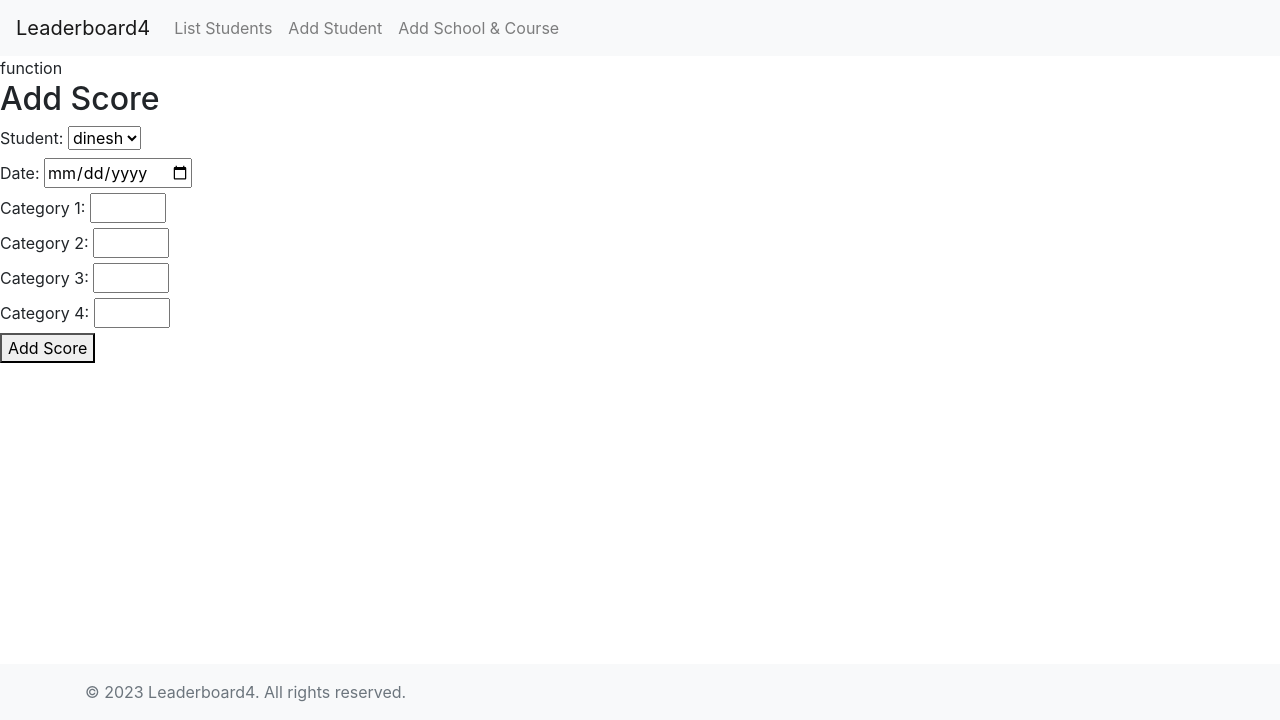
Repository: bigbodhiacademy/gBoard
Page: http://localhost/add_score.php
These files come from the project's save history. The page is drawn as it stood at one moment and after the next save; the edit follows.
The browser window is 1280 px wide. The pictures show the whole page.
The page is run by PHP 8.4 with error messages shown; the project is at /var/www/html/. The database holds what the project's SQL file puts in it.

Above is the page before, as saved 2023-04-20 19:03:17.

After the next save:
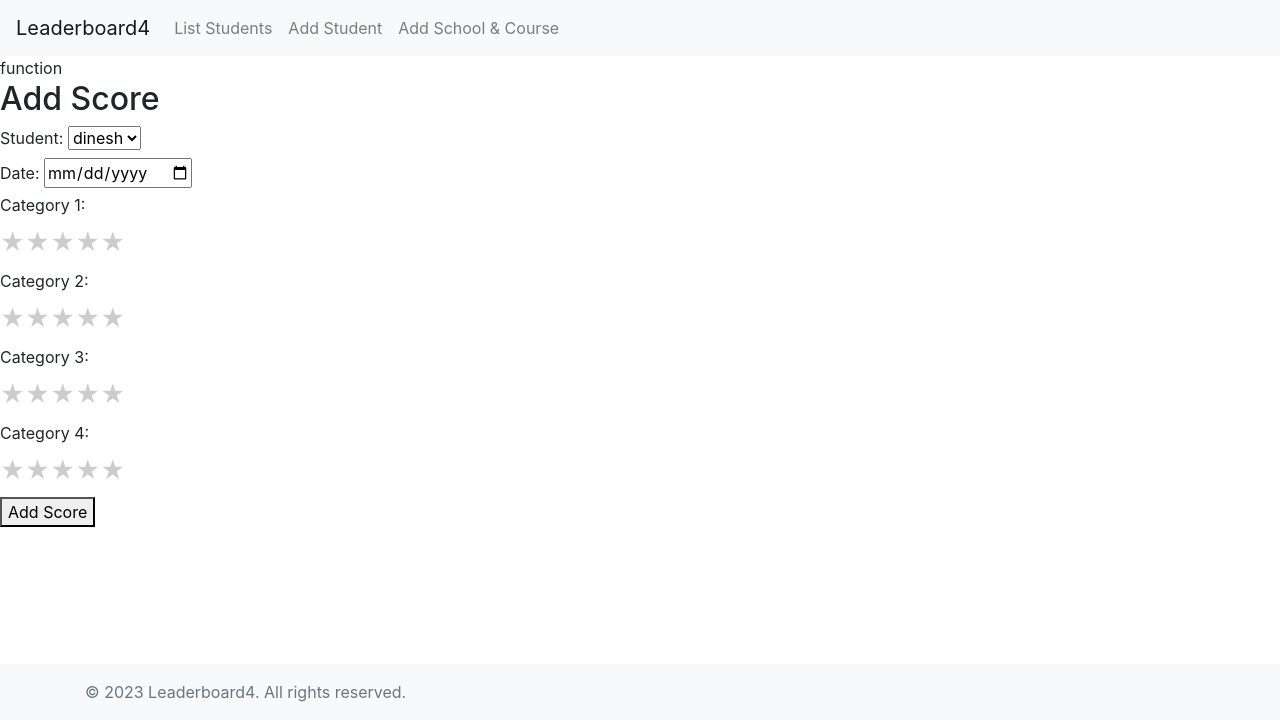
Saved 2 min 55 s later.
--- a/add_score.php
+++ b/add_score.php
@@ -21,21 +21,42 @@
     <input type="date" name="date" id="date" required>
   </div>
   <div>
-    <label for="category1">Category 1:</label>
-    <input type="number" name="category1" id="category1" min="0" max="5" required>
+  <label>Category 1:</label>
+  <div class="star-rating">
+    <?php for ($i = 5; $i >= 1; $i--): ?>
+      <input type="radio" name="category1" id="category1-<?php echo $i; ?>" value="<?php echo $i; ?>" required>
+      <label for="category1-<?php echo $i; ?>">&#9733;</label>
+    <?php endfor; ?>
   </div>
-  <div>
-    <label for="category2">Category 2:</label>
-    <input type="number" name="category2" id="category2" min="0" max="5" required>
+</div>
+<div>
+  <label>Category 2:</label>
+  <div class="star-rating">
+    <?php for ($i = 5; $i >= 1; $i--): ?>
+      <input type="radio" name="category2" id="category2-<?php echo $i; ?>" value="<?php echo $i; ?>" required>
+      <label for="category2-<?php echo $i; ?>">&#9733;</label>
+    <?php endfor; ?>
   </div>
-  <div>
-    <label for="category3">Category 3:</label>
-    <input type="number" name="category3" id="category3" min="0" max="5" required>
+</div>
+<div>
+  <label>Category 3:</label>
+  <div class="star-rating">
+    <?php for ($i = 5; $i >= 1; $i--): ?>
+      <input type="radio" name="category1" id="category1-<?php echo $i; ?>" value="<?php echo $i; ?>" required>
+      <label for="category1-<?php echo $i; ?>">&#9733;</label>
+    <?php endfor; ?>
   </div>
-  <div>
-    <label for="category4">Category 4:</label>
-    <input type="number" name="category4" id="category4" min="0" max="5" required>
+</div>
+<div>
+  <label>Category 4:</label>
+  <div class="star-rating">
+    <?php for ($i = 5; $i >= 1; $i--): ?>
+      <input type="radio" name="category1" id="category1-<?php echo $i; ?>" value="<?php echo $i; ?>" required>
+      <label for="category1-<?php echo $i; ?>">&#9733;</label>
+    <?php endfor; ?>
   </div>
+</div>
+
   <button type="submit">Add Score</button>
 </form>
 
